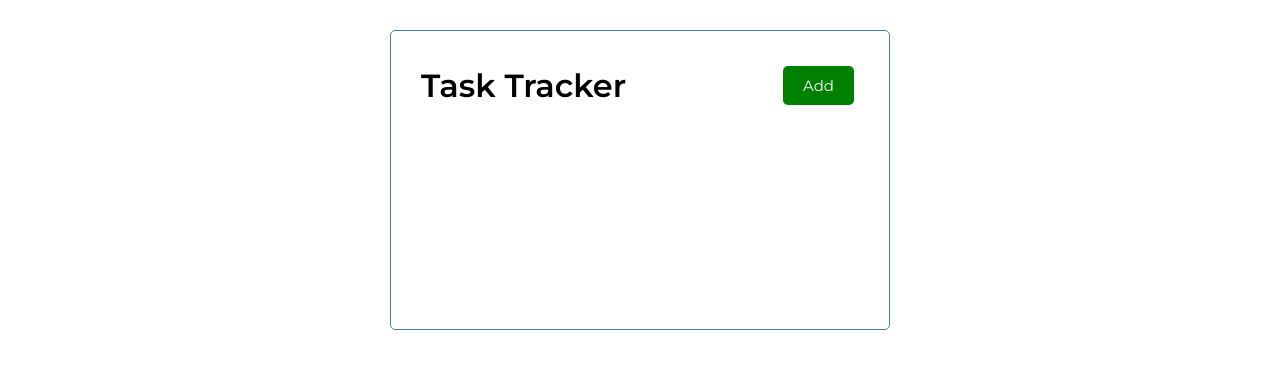
Repository: kate30980/task-tracker-reactjs
Page: /
The author's editor kept a copy of each file at every save. The page is drawn from the files as they stood at one save, then again after the next save.
The browser window is 1280 px wide. The pictures show the whole page.
The project was rebuilt for these pictures with package versions that can differ from the ones it lists, and the page was loaded fresh each time.

Above is the page before, as saved 2021-09-19 15:18:16.

### public/index.html
<!DOCTYPE html>
<html lang="en">

<head>
  <meta charset="utf-8" />
  <link rel="icon" href="%PUBLIC_URL%/favicon.ico" />
  <meta name="viewport" content="width=device-width, initial-scale=1" />
  <meta name="theme-color" content="#000000" />
  <meta name="description" content="Web site created using create-react-app" />
  <link rel="apple-touch-icon" href="%PUBLIC_URL%/logo192.png" />
  <!--
      manifest.json provides metadata used when your web app is installed on a
      user's mobile device or desktop. See https://developers.google.com/web/fundamentals/web-app-manifest/
    -->
  <link rel="manifest" href="%PUBLIC_URL%/manifest.json" />
  <!--
      Notice the use of %PUBLIC_URL% in the tags above.
      It will be replaced with the URL of the `public` folder during the build.
      Only files inside the `public` folder can be referenced from the HTML.

      Unlike "/favicon.ico" or "favicon.ico", "%PUBLIC_URL%/favicon.ico" will
      work correctly both with client-side routing and a non-root public URL.
      Learn how to configure a non-root public URL by running `npm run build`.
    -->
  <title>Task Tracker</title>
</head>

<body>
  <noscript>You need to enable JavaScript to run this app.</noscript>
  <div id="root"></div>
  <!--
      This HTML file is a template.
      If you open it directly in the browser, you will see an empty page.

      You can add webfonts, meta tags, or analytics to this file.
      The build step will place the bundled scripts into the <body> tag.

      To begin the development, run `npm start` or `yarn start`.
      To create a production bundle, use `npm run build` or `yarn build`.
    -->
</body>

</html>

### src/index.css

@import url('https://fonts.googleapis.com/css2?family=Montserrat:wght@300;400;600&display=swap');

*{
  box-sizing: border-box;
  margin:0;
  padding:0;
}

body {
  font-family: 'Montserrat', sans-serif;
}

.container {
  max-width: 500px;
  margin: 30px auto;
  overflow: auto;
  min-height: 300px;
  border: 1px solid steelblue;
  padding: 30px;
  border-radius: 5px;
}
.header{
  display: flex;
  justify-content: space-between;
  align-items: center;
  margin-bottom: 20px;
}
.btn{
  display: inline-block;
  background: #000;color: #fff;
  border: none;
  padding: 10px 20px;
  margin: 5px;
  border-radius:5px;
  cursor: pointer;
  text-decoration: none;
  font-size: 15px;
  font-family: inherit;
}
.btn:focus{
  outline: none;
}
.btn:active{
  transform:scale(0.98);
}
.btn-block{
  display: block;
  width: 100%;
}
.event{
  background:#f4f4f4;
  margin: 5px;
  padding: 10px 20px;
  cursor: pointer;
}
.event .reminder{
  border-left: 5px solid green;
}
.event h3{
  display: flex;
  align-items:center;
  justify-content: space-between;
}
.add-form{
  margin-bottom: 40px;
}
.from-control{
  margin: 20px 0;
}
.from-control label {
  display: block;
}
.from-control input{
  width: 100%;
  height: 40px;
  margin: 5px;
  padding: 3px 7px;
  font-size: 17px;
}
.form-control-check{
  display: flex;
  align-items: center;
  justify-content: space-between;
}
.form-control-check label{
  flex: 1;
}
.form-control-check input {
  flex: 2;
  height: 20px;
}
footer{
  margin-top: 30px;
  text-align: center;
}

### src/App.js
import Header from "./components/Header";
import Tasks from "./components/Tasks";

function App() {
  return (
    <div className="container">
      <Header />
    </div>
  );
}

export default App;

### src/components/Header.js
import PropTypes from "prop-types";
import Button from "./Button";

const Header = ({ title }) => {
  const onClick = () => {
    console.log("Click");
  };
  return (
    <header className="header">
      <h1>{title}</h1>
      <Button color="green" text="Add" onClick={onClick} />
    </header>
  );
};

Header.defaultProps = {
  title: "Task Tracker",
};

Header.propTypes = {
  title: PropTypes.string.isRequired,
};

export default Header;

### src/components/Tasks.js
const tasks = [
  {
    id: 1,
    text: "Doctor Appointment",
    day: "Feb 5th at 2:30pm",
    reminder: true,
  },
  {
    id: 2,
    text: "Meeting at School",
    day: "Feb 6th at 4:30pm",
    reminder: true,
  },
  {
    id: 3,
    text: "Food Shopping",
    day: "Feb 2th at 4:30pm",
    reminder: false,
  },
];
const Tasks = () => {
  return (
    <>
      {tasks.map((task) => (
        <h3>{task.text}</h3>
      ))}
    </>
  );
};

export default Tasks;

Loaded but not shown: src/index.js (common file); src/reportWebVitals.js (common file); src/components/Button.js (common file)

After the next save:
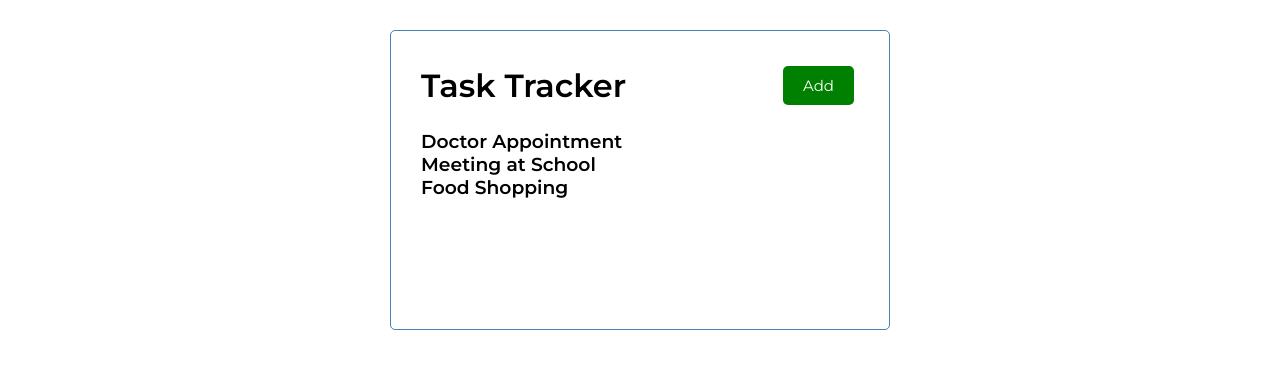
Saved 28 s later.
--- a/src/App.js
+++ b/src/App.js
@@ -5,6 +5,7 @@ function App() {
   return (
     <div className="container">
       <Header />
+      <Tasks />
     </div>
   );
 }
